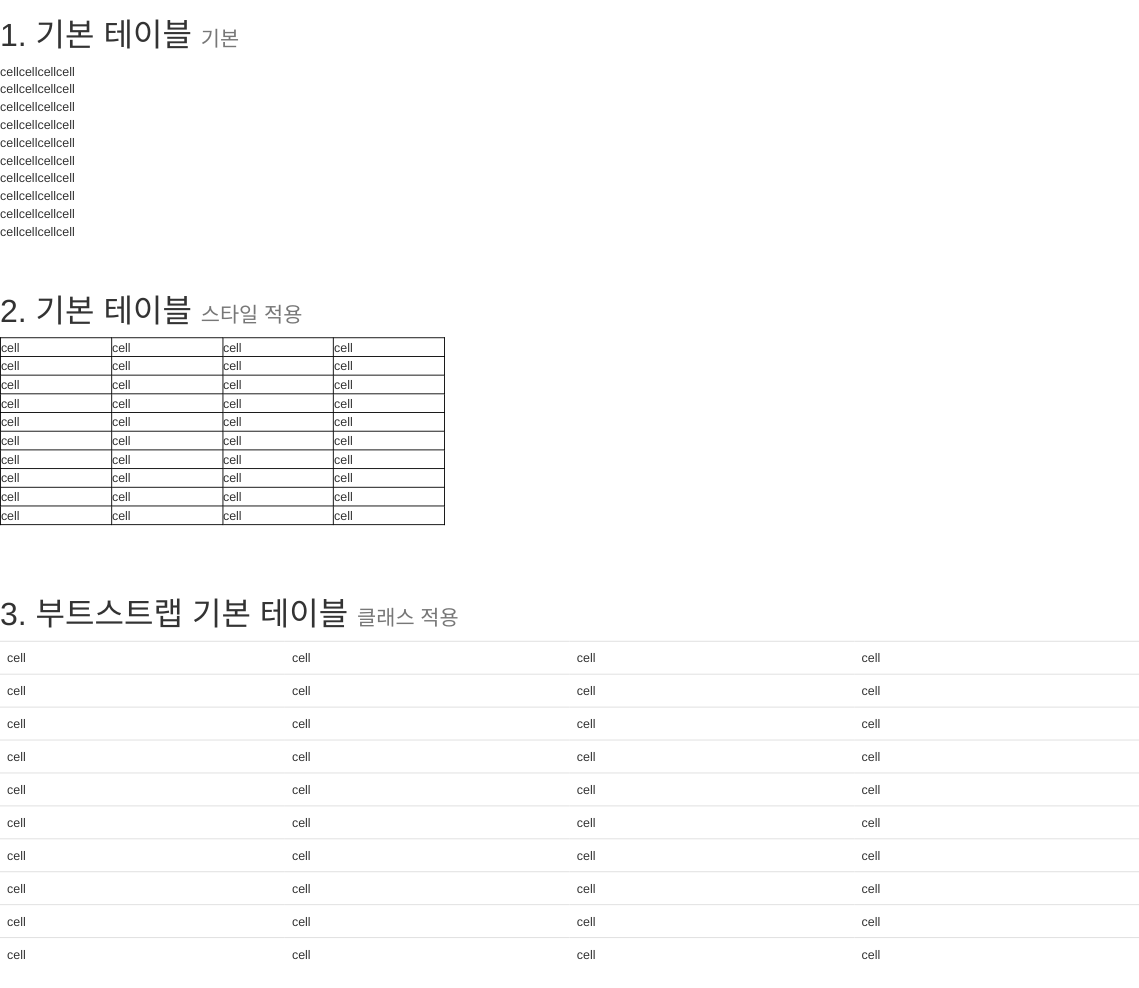
Repository: Umkimisstrong/UM_Webbb
Page: BootstrapApp/WebContent/BootEx02.html
An editor plug-in stored every save of this project. The page is shown before and after the next save, followed by the edit.
The browser window is 1280 px wide. The pictures show the whole page, at 89% of full size.

Above is the page before, as saved 2022-05-16 02:21:21.

### BootstrapApp/WebContent/BootEx02.html
<!DOCTYPE html>
<html>
<head>
<meta charset="UTF-8">
<title>BootEx02.html</title>

<link rel="stylesheet" type="text/css" href="css/bootstrap.css">
<script type="text/javascript" src="http://code.jquery.com/jquery.min.js"></script>
<script type="text/javascript" src="js/bootstrap.min.js"></script>

<style type="text/css">
	/* 테이블 기본 서식 */
	#table
	{
		width: 500px;
		border: 1px solid black;
		border-collapse: collapse;
	}
	#table td
	{
		border: 1px solid black;
	}




</style>
</head>

<body>



<h1>1. 기본 테이블 <small>기본</small></h1>
<table>
	<tr>
		<td>cell</td>
		<td>cell</td>
		<td>cell</td>
		<td>cell</td>
	</tr>
	<tr>
		<td>cell</td>
		<td>cell</td>
		<td>cell</td>
		<td>cell</td>
	</tr>
	<tr>
		<td>cell</td>
		<td>cell</td>
		<td>cell</td>
		<td>cell</td>
	</tr>
	<tr>
		<td>cell</td>
		<td>cell</td>
		<td>cell</td>
		<td>cell</td>
	</tr>
	<tr>
		<td>cell</td>
		<td>cell</td>
		<td>cell</td>
		<td>cell</td>
	</tr>
	<tr>
		<td>cell</td>
		<td>cell</td>
		<td>cell</td>
		<td>cell</td>
	</tr>
	<tr>
		<td>cell</td>
		<td>cell</td>
		<td>cell</td>
		<td>cell</td>
	</tr>
	<tr>
		<td>cell</td>
		<td>cell</td>
		<td>cell</td>
		<td>cell</td>
	</tr>
	<tr>
		<td>cell</td>
		<td>cell</td>
		<td>cell</td>
		<td>cell</td>
	</tr>
	<tr>
		<td>cell</td>
		<td>cell</td>
		<td>cell</td>
		<td>cell</td>
	</tr>
</table>

<br /><br />

<h1>2. 기본 테이블 <small>스타일 적용</small></h1>

<table id="table">
	<tr>
		<td>cell</td>
		<td>cell</td>
		<td>cell</td>
		<td>cell</td>
	</tr>
	<tr>
		<td>cell</td>
		<td>cell</td>
		<td>cell</td>
		<td>cell</td>
	</tr>
	<tr>
		<td>cell</td>
		<td>cell</td>
		<td>cell</td>
		<td>cell</td>
	</tr>
	<tr>
		<td>cell</td>
		<td>cell</td>
		<td>cell</td>
		<td>cell</td>
	</tr>
	<tr>
		<td>cell</td>
		<td>cell</td>
		<td>cell</td>
		<td>cell</td>
	</tr>
	<tr>
		<td>cell</td>
		<td>cell</td>
		<td>cell</td>
		<td>cell</td>
	</tr>
	<tr>
		<td>cell</td>
		<td>cell</td>
		<td>cell</td>
		<td>cell</td>
	</tr>
	<tr>
		<td>cell</td>
		<td>cell</td>
		<td>cell</td>
		<td>cell</td>
	</tr>
	<tr>
		<td>cell</td>
		<td>cell</td>
		<td>cell</td>
		<td>cell</td>
	</tr>
	<tr>
		<td>cell</td>
		<td>cell</td>
		<td>cell</td>
		<td>cell</td>
	</tr>
</table>

<br />
<br />
<br />

<h1>3. 부트스트랩 기본 테이블 <small>클래스 적용</small></h1>




<table class="table">
	<tr>
		<td>cell</td>
		<td>cell</td>
		<td>cell</td>
		<td>cell</td>
	</tr>
	<tr>
		<td>cell</td>
		<td>cell</td>
		<td>cell</td>
		<td>cell</td>
	</tr>
	<tr>
		<td>cell</td>
		<td>cell</td>
		<td>cell</td>
		<td>cell</td>
	</tr>
	<tr>
		<td>cell</td>
		<td>cell</td>
		<td>cell</td>
		<td>cell</td>
	</tr>
	<tr>
		<td>cell</td>
		<td>cell</td>
		<td>cell</td>
		<td>cell</td>
	</tr>
	<tr>
		<td>cell</td>
		<td>cell</td>
		<td>cell</td>
		<td>cell</td>
	</tr>
	<tr>
		<td>cell</td>
		<td>cell</td>
		<td>cell</td>
		<td>cell</td>
	</tr>
	<tr>
		<td>cell</td>
		<td>cell</td>
		<td>cell</td>
		<td>cell</td>
	</tr>
	<tr>
		<td>cell</td>
		<td>cell</td>
		<td>cell</td>
		<td>cell</td>
	</tr>
	<tr>
		<td>cell</td>
		<td>cell</td>
		<td>cell</td>
		<td>cell</td>
	</tr>
</table>






















</body>
</html>

Loaded but not shown: BootstrapApp/WebContent/css/bootstrap.css (library); BootstrapApp/WebContent/js/bootstrap.min.js (library)

After the next save:
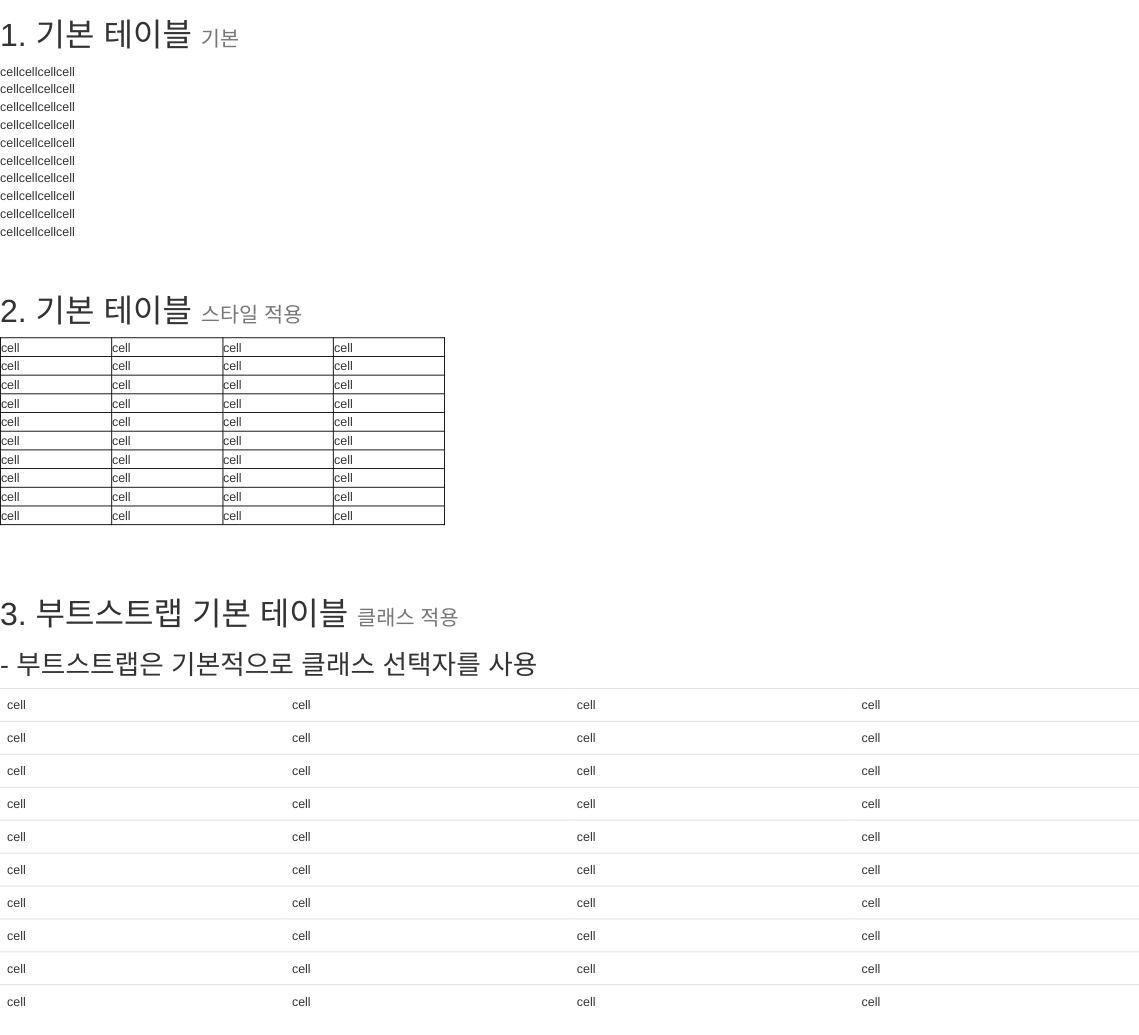
Saved 16 s later.
--- a/BootstrapApp/WebContent/BootEx02.html
+++ b/BootstrapApp/WebContent/BootEx02.html
@@ -167,7 +167,7 @@
 <br />
 
 <h1>3. 부트스트랩 기본 테이블 <small>클래스 적용</small></h1>
-
+<h2> - 부트스트랩은 기본적으로 클래스 선택자를 사용</h2>
 
 
 
